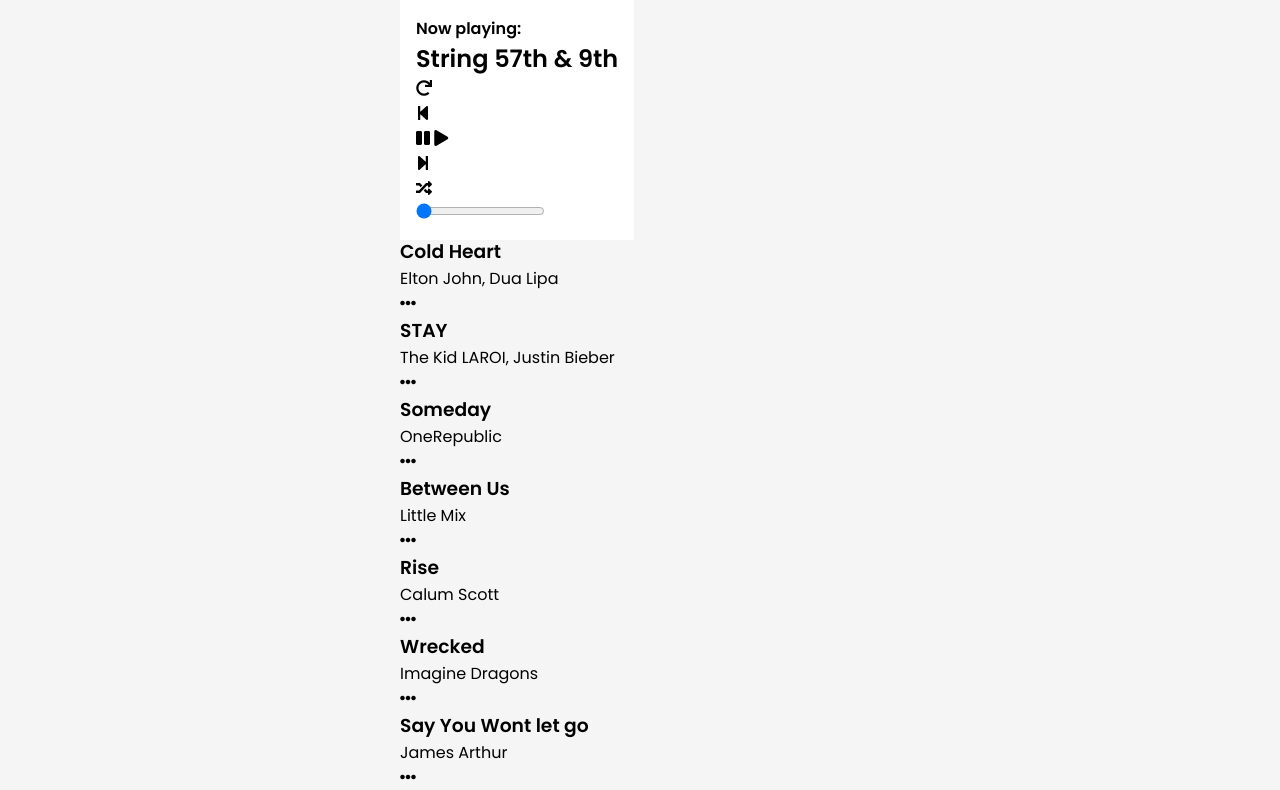
Repository: maivannhan1998/MusicPlayer.github.io
Page: index.html
The author's editor kept a copy of each file at every save. The page is drawn from the files as they stood at one save, then again after the next save.
The browser window is 1280 px wide. The pictures show the whole page.
Pictures or frames that could not be fetched are drawn as grey boxes.

Above is the page before, as saved 2021-11-09 15:14:13.

After the next save:
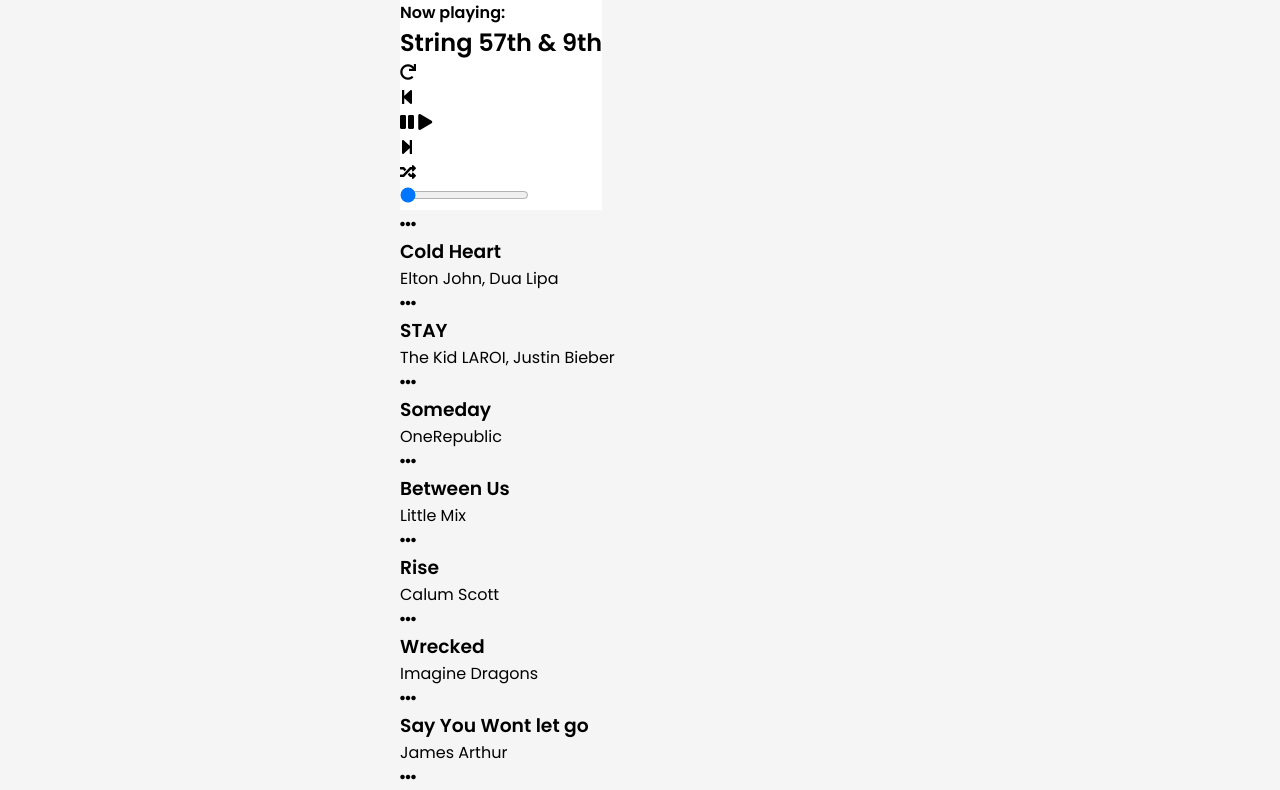
Saved 14 s later.
--- a/assets/css/main.css
+++ b/assets/css/main.css
@@ -26,6 +26,7 @@
 
 .dashboard {
   position: fixed;
-  padding: 16px 16px 14px;
+  /* padding: 16px 16px 14px; */
   background-color: #fff;
+
 }
